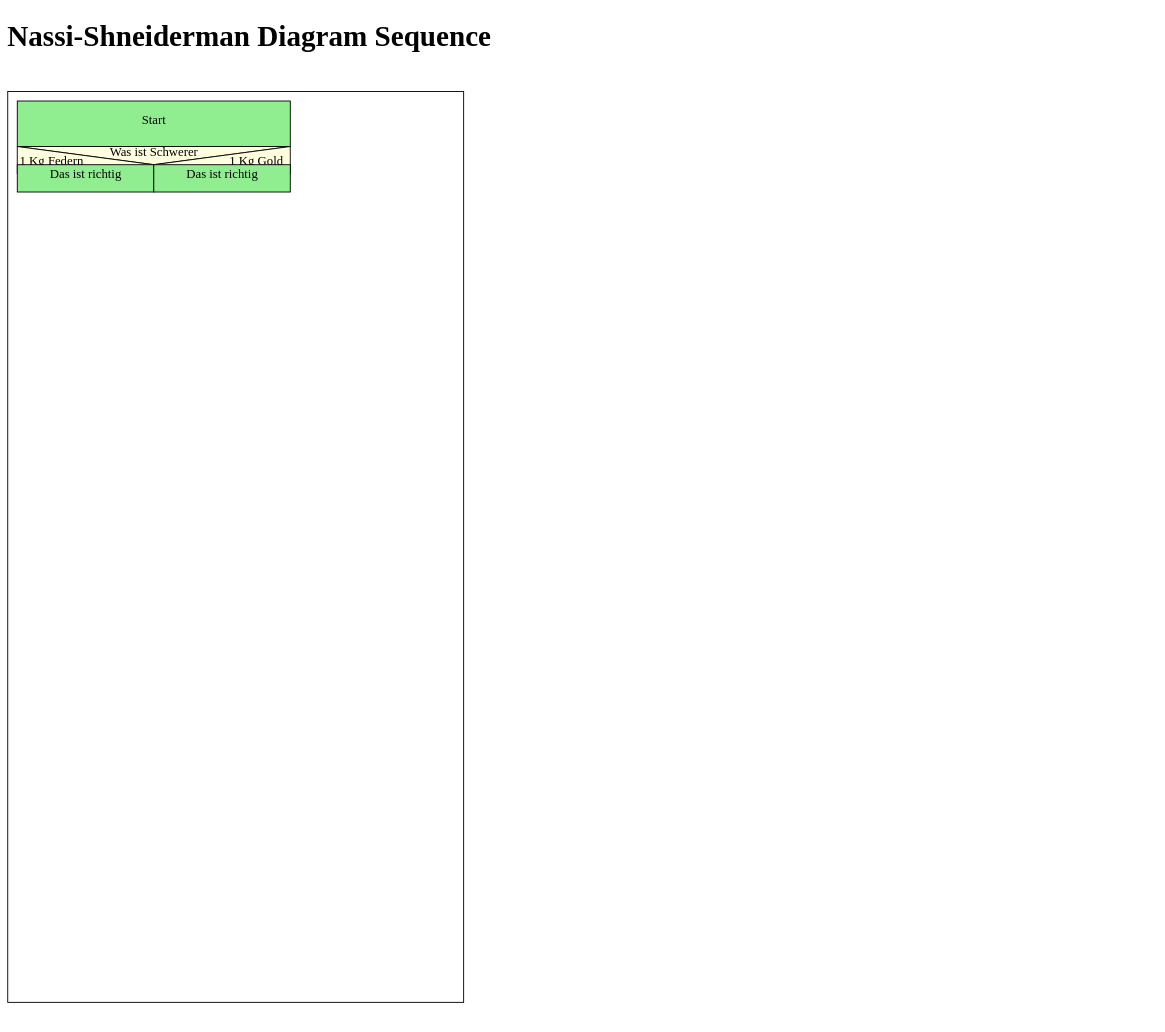
Repository: fabsch225/Nassi-Shneiderman-Compiler
Page: demo.html
An editor plug-in stored every save of this project. The page is shown before and after the next save, followed by the edit.
The browser window is 1280 px wide. The pictures show the whole page, at 91% of full size.

Above is the page before, as saved 2024-05-15 21:49:10.

### demo.html
<!DOCTYPE html>
<html lang="en">
<head>
<meta charset="UTF-8">
<meta name="viewport" content="width=device-width, initial-scale=1.0">
<title>Nassi-Shneiderman Diagram Sequence</title>
<script src="src/nassi_svg_api.js"></script>
<style>
    svg {
        border: 1px solid black;
        margin: 20px auto;
        width: 500px;
        height: 1000px;
    }
</style>
</head>
<body>
<h1>Nassi-Shneiderman Diagram Sequence</h1>
<svg id="canvas" ></svg>
<script>
    var svgContainer = document.getElementById('canvas');
    svgContainer.innerHTML += createSequenceBlock(10, 10, 300, 50, "Start").svgAppendix;
    var block = createDecisionBlock(10, 60, 300, 50, "Was ist Schwerer", "1 Kg Federn", "1 Kg Gold");
    svgContainer.innerHTML += block.svgAppendix;
    var bounds1 = block.children[0];
    var bounds2 = block.children[1];
    var option1 = createSequenceBlock(bounds1.start_x, bounds1.start_y, bounds1.width, bounds1.height, "Das ist richtig");
    var option2 = createSequenceBlock(bounds2.start_x, bounds2.start_y, bounds2.width, bounds2.height, "Das ist richtig");
    svgContainer.innerHTML += option1.svgAppendix;
    svgContainer.innerHTML += option2.svgAppendix;
</script>
</body>
</html>

### src/nassi_svg_api.js
function createStartEndBlock(x, y, width, height) {
    var h = 20;
    var svgAppendix =  `<rect x="${x}" y="${y}" width="${width}" height="${h}" stroke="black" fill="lightblue" />
        <text x="${x + width / 2}" y="${y + height / 2}" font-size="14px" fill="black" text-anchor="middle">Start</text>`;
    svgAppendix +=  `<rect x="${x}" y="${y + height - h}" width="${width}" height="${h}" stroke="black" fill="lightblue" />
        <text x="${x + width / 2}" y="${y + height / 2}" font-size="14px" fill="black" text-anchor="middle">End</text>`;
    var child = {start_x: x, start_y: y + h, width: width, height: height - 2 * h};

    return {svgAppendix: svgAppendix, children: [child]};
}

function createSequenceBlock(x, y, width, height, content) {
    svgAppendix = `<rect x="${x}" y="${y}" width="${width}" height="${height}" stroke="black" fill="lightgreen" />
        <text x="${x + width / 2}" y="${y + height / 2}" font-size="14px" fill="black" text-anchor="middle">${content}</text>`;
    return {svgAppendix: svgAppendix, children: []};
}

function createDecisionBlock(x, y, width, height, question, answerA, answerB) {
    var h = 20;
    var h_extra = h / 2;
    svgAppendix = `<polygon points="${x},${y} ${x + width},${y} ${x + width / 2},${y + h}" stroke="black" fill="lightyellow" />
        <polygon points="${x},${y} ${x},${y + h + h_extra} ${x + width / 2},${y + h + h_extra} ${x + width / 2},${y + h}" stroke="black" fill="lightyellow" />
        <polygon points="${x + width},${y} ${x + width},${y + h + h_extra} ${x + width / 2},${y + h + h_extra} ${x + width / 2},${y + h}" stroke="black" fill="lightyellow" />
        <text x="${x + width / 2}" y="${y + h / 2}" font-size="14px" fill="black" text-anchor="middle">${question}</text>
        <text x="${x + 7 * width / 8}" y="${y + h}" font-size="14px" fill="black" text-anchor="middle">${answerB}</text>
        <text x="${x + width / 8}" y="${y + h}" font-size="14px" fill="black" text-anchor="middle">${answerA}</text>`;

    childA = {start_x: x, start_y: y + h, width: width / 2, height: height - h};
    childB = {start_x: x + width / 2, start_y: y + h, width: width / 2, height: height - h};

    return {svgAppendix: svgAppendix, children: [childA, childB]};
}

// TODO: function createSwitchCaseBlock

After the next save:
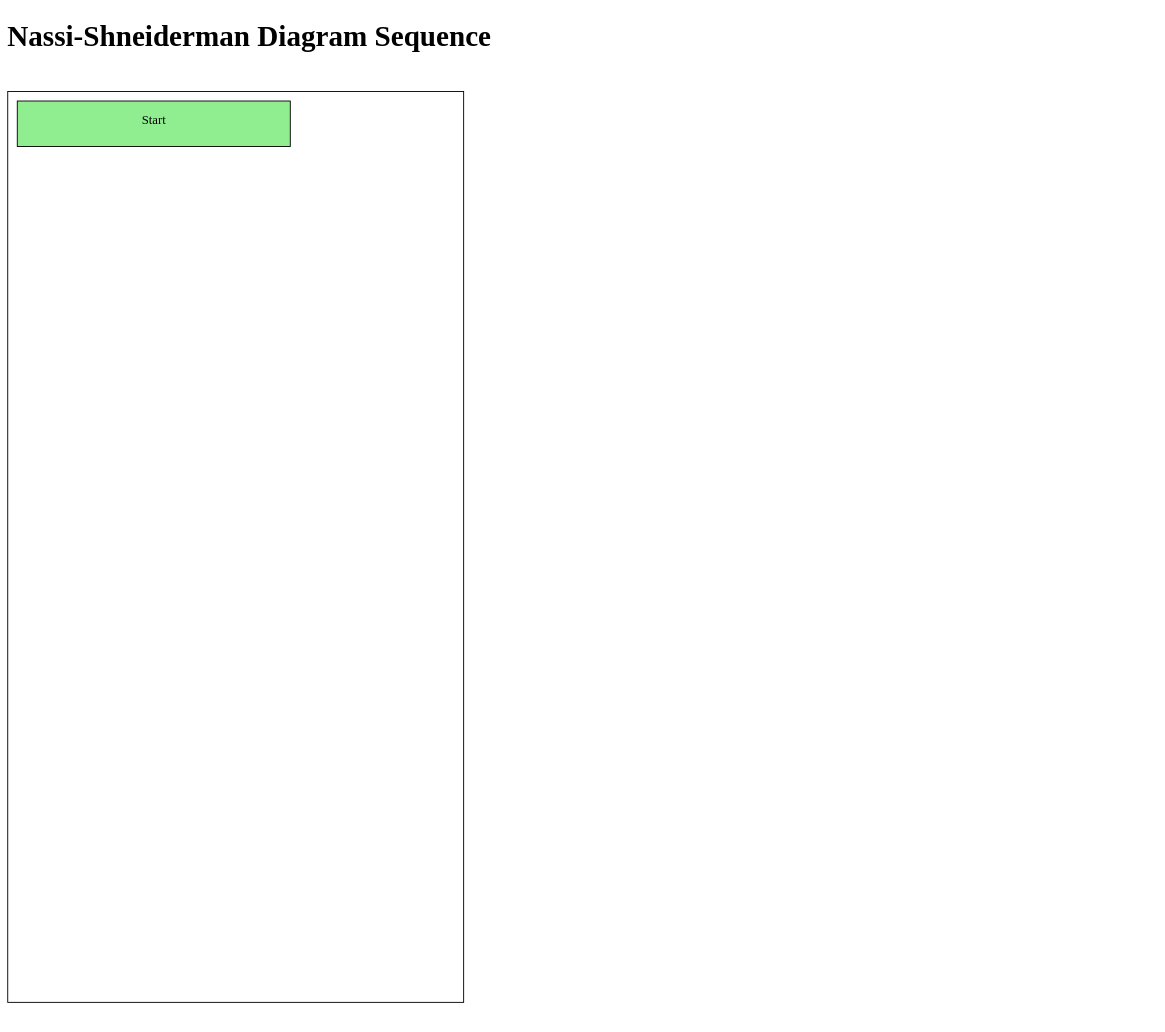
Console error: ReferenceError: extra_h is not defined
Saved 52 s later.
--- a/src/nassi_svg_api.js
+++ b/src/nassi_svg_api.js
@@ -25,8 +25,8 @@
         <text x="${x + 7 * width / 8}" y="${y + h}" font-size="14px" fill="black" text-anchor="middle">${answerB}</text>
         <text x="${x + width / 8}" y="${y + h}" font-size="14px" fill="black" text-anchor="middle">${answerA}</text>`;
 
-    childA = {start_x: x, start_y: y + h, width: width / 2, height: height - h};
-    childB = {start_x: x + width / 2, start_y: y + h, width: width / 2, height: height - h};
+    childA = {start_x: x, start_y: y + h + extra_h, width: width / 2, height: height - h - extra_h};
+    childB = {start_x: x + width / 2, start_y: y + h, width: width / 2, height: height - h - extra_h};
 
     return {svgAppendix: svgAppendix, children: [childA, childB]};
 }

After the 4 saves that followed:
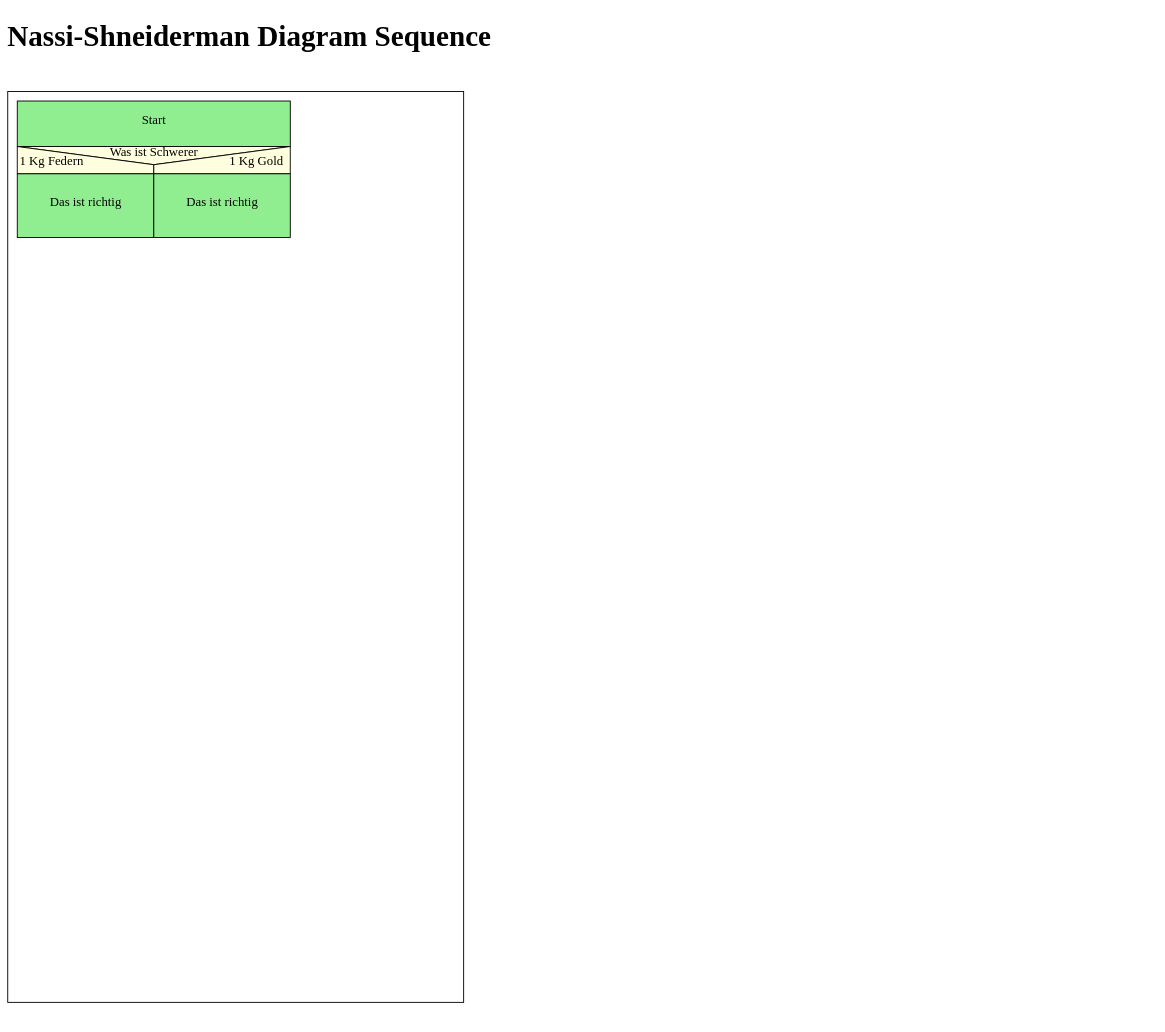
The error is gone.
The 4 saves are shown as one change because 3 left the picture as it was.
The last was saved 47 s later.
--- a/demo.html
+++ b/demo.html
@@ -20,7 +20,7 @@
 <script>
     var svgContainer = document.getElementById('canvas');
     svgContainer.innerHTML += createSequenceBlock(10, 10, 300, 50, "Start").svgAppendix;
-    var block = createDecisionBlock(10, 60, 300, 50, "Was ist Schwerer", "1 Kg Federn", "1 Kg Gold");
+    var block = createDecisionBlock(10, 60, 300, 100, "Was ist Schwerer", "1 Kg Federn", "1 Kg Gold");
     svgContainer.innerHTML += block.svgAppendix;
     var bounds1 = block.children[0];
     var bounds2 = block.children[1];
--- a/src/nassi_svg_api.js
+++ b/src/nassi_svg_api.js
@@ -25,8 +25,8 @@
         <text x="${x + 7 * width / 8}" y="${y + h}" font-size="14px" fill="black" text-anchor="middle">${answerB}</text>
         <text x="${x + width / 8}" y="${y + h}" font-size="14px" fill="black" text-anchor="middle">${answerA}</text>`;
 
-    childA = {start_x: x, start_y: y + h + extra_h, width: width / 2, height: height - h - extra_h};
-    childB = {start_x: x + width / 2, start_y: y + h, width: width / 2, height: height - h - extra_h};
+    childA = {start_x: x, start_y: y + h + h_extra, width: width / 2, height: height - h - h_extra};
+    childB = {start_x: x + width / 2, start_y: y + h + h_extra, width: width / 2, height: height - h - h_extra};
 
     return {svgAppendix: svgAppendix, children: [childA, childB]};
 }
